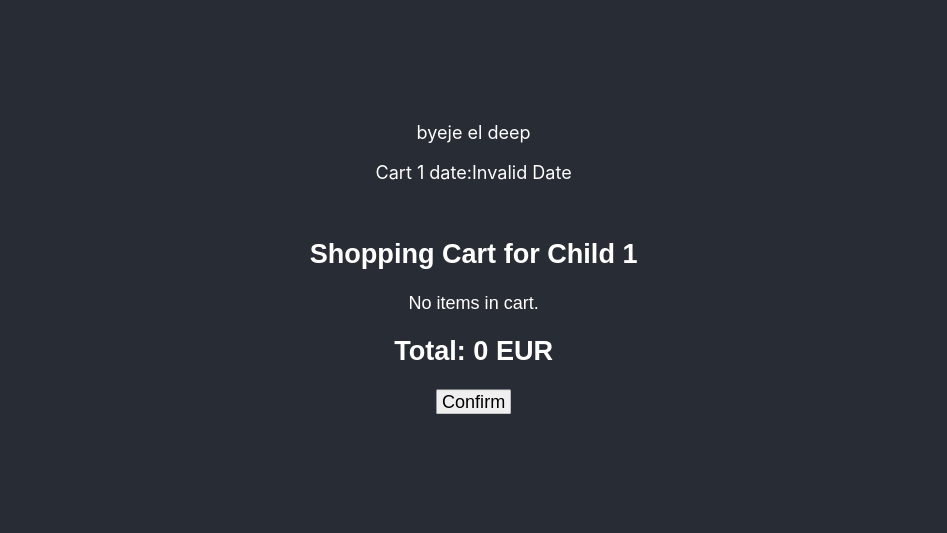
Repository: Zeriabo/DroppeXmas
Page: /
The author's editor kept a copy of each file at every save. The page is drawn from the files as they stood at one save, then again after the next save.
The browser window is 1280 px wide. The pictures show the whole page, at 74% of full size.
The page's requests for data from a server got no answer. The project was rebuilt for these pictures with package versions that can differ from the ones it lists, and the page was loaded fresh each time. No one was signed in, and anything a server would have sent is missing. Also part of the build but not shown: vite.config.js, src/components/atoms/cartItem.ts, src/components/molecules/CartItem.tsx.

Above is the page before, as saved 2022-02-09 20:55:48.

### index.html
<!DOCTYPE html>
<html lang="en">
  <head>
    <meta charset="UTF-8" />
    <link rel="icon" type="image/svg+xml" href="/src/favicon.svg" />
    <meta name="viewport" content="width=device-width, initial-scale=1.0" />
    <title>Droppe Xmass App</title>
  </head>
  <body>
    <div id="root"></div>
    <script type="module" src="/src/main.jsx"></script>
  </body>
</html>

### src/main.jsx
import React from 'react'
import ReactDOM from 'react-dom'
import './index.css'
import App from './App'
import {Provider} from 'react-redux';
import {store} from './app/store';

import { fetchProducts,fetchCards } from './features/actions';

store.dispatch(fetchCards())
store.dispatch(fetchProducts())
ReactDOM.render(
  <>
    <Provider store={store}>
    <App />
    </Provider>
  </>,
  document.getElementById('root')
)

### src/App.tsx
import { useEffect, useState } from 'react'
import './App.css'
import {useAppDispatch,useAppSelector} from './app/hooks';
import {useGetProductsQuery} from './features/ProductsApi/productsApiSlice';
import { addProductToCardOne,replaceProducts, card1Success, removeProductFromCardOne } from './features/Cards/cardOneSlice';
import {addProductToCardTwo} from './features/Cards/cardTwoSlice';
import {addProductToCardThree} from './features/Cards/cardThreeSlice';
import {addProductToCardFour} from './features/Cards/cardFourSlice';
import cardFiveSlice, {addProductToCardFive} from './features/Cards/cardFiveSlice';
import {product} from './features/ProductsApi/productsApiSlice'
import Cart1 from './components/molecules/Cart1';
import Cart2 from './components/molecules/Cart2';
import Cart3 from './components/molecules/Cart3';
import Cart4 from './components/molecules/Cart4';
import Cart from './components/molecules/Cart';
import { useGetCartsQuery } from './features/CardsApi/cardsApiSlice';
import { useSelector } from 'react-redux';
import axios from 'axios'
import { fetchCards } from './features/actions';
import { fetchProducts } from './features/actions';
import cardOneSlice from './features/Cards/cardOneSlice';

export interface Cart {
  id: number;
  date: string;
  products: CartItemDetail[];
  total:number;
};

export type CartItemDetail= {
  id: number;
  category: string;
  description: string;
  image: string;
  price: number;
  title: string;
  amount: number;
  approved:boolean;
  card:string;
  rating:[any,any];
  cart:number

};

function App() {

  const dispatch=useAppDispatch();
  const card1 = useAppSelector(state=>state.reducer.card1)
  const card2 = useAppSelector(state=>state.reducer.card2)
  const card3 = useAppSelector(state=>state.reducer.card3)
  const card4 = useAppSelector(state=>state.reducer.card4)
  const card5 = useAppSelector(state=>state.reducer.card5)
const cards = useAppSelector(state=>state)
console.log(cards.reducer)



  return (

    <div className="App">
      <header className="App-header">


        <div>

          </div>
          <div>
         <p>byeje el deep</p>
         <p>Cart 1 date:{new Date(card1.date).toLocaleDateString()}</p>
          </div>
        <div> <Cart childId={0} date={new Date(card1.date).toLocaleDateString()} cartItems={card1.products} child={0}  /></div>
       <div>

       </div>

      </header>
    </div>
  )
}

export default App

### src/app/store.ts
import { combineReducers, configureStore } from "@reduxjs/toolkit";

import cardOneReducer from "../features/Cards/cardOneSlice";
import cardTwoSlice from "../features/Cards/cardTwoSlice";
import cardThreeSlice from "../features/Cards/cardThreeSlice";
import cardFourSlice from "../features/Cards/cardFourSlice";
import cardFiveSlice from "../features/Cards/cardFiveSlice";
import { productsApi } from "../features/ProductsApi/productsApiSlice";
import {cartsApi} from '../features/CardsApi/cardsApiSlice';
import productsSlice from "../features/Products/productsSlice";


const reducer = combineReducers({
  card1:cardOneReducer,
  card2:cardTwoSlice,
  card3:cardThreeSlice,
  card4:cardFourSlice,
  card5:cardFiveSlice,

  products:productsSlice


})
export const store = configureStore({

    reducer:{

      reducer
    },
    middleware:(getDefaultMiddleware)=>{
     return getDefaultMiddleware();

    }

});

export type  AppDispatch= typeof store.dispatch;
 export type RootState= ReturnType<typeof store.getState>;

### src/features/actions/index.ts
import axios from 'axios'
import { useAppDispatch } from '../../app/hooks'
import {card1Success,initiateState} from '../Cards/cardOneSlice'
import {card2Success} from '../Cards/cardTwoSlice'
import {card3Success} from '../Cards/cardThreeSlice'
import { card4Success } from '../Cards/cardFourSlice'
import { card5Success } from '../Cards/cardFiveSlice'
import { productsSuccess } from '../Products/productsSlice'
import { Cart, CartItemDetail } from '../../App'
const fetchCardsSuccess = (cards: any) => ({
    type: 'FETCH_CARDS',
    payload: { cards }
})

const fetchProductsSuccess = (products: any) => ({
    type: "FETCH_PRODUCTS",
    payload: { products }
})
function calculateTotal(cart:Cart)
{
  return cart.products.reduce((a, b) => a + b.price, 0);
}
function fillProducts(cart:Cart, products:CartItemDetail[] )
{

  var newCart :Cart={
      id: cart.id,
      date: cart.date,
      products: [],
      total: 0
  };
var total:number=0;


    cart.products.forEach(
    (element) => {
     const found = products.find(function(elem,index)
     {
       return elem.id==element.productId

     });


  if(found)
  {
    var  pToInsert={
      id: found.id,
      amount : 1,
      price:  found.price,
      title: found.title,
      category: found.category,
      image: found.image,
      rating: found.rating,
      cart: 1,
      description: found.description,
      approved: false,
      card: 'cardOne'
}

newCart.products.push(pToInsert);
  }

});
//dispatch(replaceProducts(newCart.products))

total =calculateTotal(newCart)
newCart.total=total;
 return newCart;

}
export const fetchCards =  () => {
    return async (dispatch: (arg0: { type: string; payload: { cards: any } }) => void) => {
        try {
            let cards = await axios.get('https://fakestoreapi.com/carts?limit=5')
            let products = await axios.get('https://fakestoreapi.com/products?limit=30')

            dispatch(fetchCardsSuccess(cards.data)) //store first five cards
            var card1= fillProducts(cards.data[0],products.data)

            var card2= fillProducts(cards.data[1],products.data)
            var card3= fillProducts(cards.data[2],products.data)
            var card4= fillProducts(cards.data[3],products.data)
            var card5= fillProducts(cards.data[4],products.data)

             dispatch(card1Success(card1) )


             dispatch(card2Success(card2))
             dispatch(card3Success(card3))
             dispatch(card4Success(card4))
             dispatch(card5Success(card5))

        }
        catch(e){
            console.log(e)
        }


    }
}

export const fetchProducts =  () => {
    return async (dispatch: (arg0: { type: string; payload: { products: any } }) => void) => {
        try {
            let products = await axios.get('https://fakestoreapi.com/products?limit=30')
            dispatch(fetchProductsSuccess(products.data))
            dispatch(productsSuccess(products.data))
        }
        catch(e){
            console.log(e)
        }
    }
}

### src/app/hooks.ts
import {TypedUseSelectorHook,useDispatch,useSelector} from 'react-redux'
import { RootState,AppDispatch } from './store'

export const useAppDispatch=()=>useDispatch<AppDispatch>();

export const useAppSelector: TypedUseSelectorHook<RootState>=useSelector;

### src/components/molecules/Cart.tsx
import React, { useEffect } from "react";
import { Wrapper } from "../atoms/cart";
import { ButtonWrapper } from "../atoms/button";
import CartItem from "./CartItem";
import { CartItemDetail } from "../../App";
import useForceUpdate from 'use-force-update';


type Props = {
  childId: number,
  date:string,
  cartItems: CartItemDetail[];
  increaseAmount:(clicked: CartItemDetail) => void;
  addToCart: (clicked: CartItemDetail) => void;
  decreaseAmount: (id: CartItemDetail) => void;
  child:number;
};


const Cart: React.FC<Props> = ({ cartItems,child }) => {

function confirm(obj:any)
{
  console.log(obj)

}


const handleApprove= (clicked:CartItemDetail)=>{

};
const handleDecline= (clicked:CartItemDetail)=>{

};
const addToCart= (clicked:CartItemDetail)=>{

};
const decreaseAmount=(clicked:CartItemDetail)=>{

}
function calculateTotal(items:any)
{

    var price: any=0;
 items.forEach((element: CartItemDetail) => {

     price=price+(element.price*element.amount);

 });

    return price;
}

  return  (
    <Wrapper>
      <h2> Shopping Cart for Child {child+1} </h2>

      {cartItems.length === 0 ? <p>No items in cart.</p> : null}
      {cartItems.map((item) => (
        <CartItem  item={item} decline={handleDecline} approve={handleApprove} key={item.id}   addToCart={addToCart} removeFromCart={decreaseAmount} />
      ))}
      <h2>Total: {calculateTotal(cartItems)} EUR</h2>

      <button type="button"  onClick={() => confirm(cartItems)}>Confirm</button>
    </Wrapper>
  );
};

export default Cart;

### src/features/Cards/cardOneSlice.ts
import {createSlice, PayloadAction} from '@reduxjs/toolkit';
import { Cart, CartItemDetail } from '../../App';
import {product} from '../ProductsApi/productsApiSlice'

export interface CardOneState {
    value: {
        date: string,
        id: number,
        products: (CartItemDetail)[],
        userId: number
        __v: number
    }
  }
  let initialState = { value: {} } as CardOneState
  let cardOneSlice = createSlice({
    name: 'cardOne',
    initialState:{
        date: "",
        id: 1,
        products:[]as CartItemDetail[],
        userId: 0,
        total:0,
        __v: 0
    },
    reducers: {

      initiateState(state, action: PayloadAction<Cart>) {
     initialState.value={
       date: action.payload.date,
      id:  action.payload.id,
      products:  action.payload.products,
      userId:1,

      __v: state.__v,};

      },
      card1Success: (state, action) => {
        state.date = action.payload.date;
        state.id=action.payload.id;
        state.products=action.payload.products;
        state.total=action.payload.total;
        state.userId=action.payload.userId;

    },
    replaceProducts(state,action:PayloadAction<CartItemDetail[] >){


      state.products=action.payload;

    },
    Approve(state,action:PayloadAction<{}>){
      var id = action.payload.id;

    action.payload.approved=true;

    },
      addProductToCardOne(state, action: PayloadAction<CartItemDetail>) {

        state.products.push(action.payload)
      },

      removeProductFromCardOne(state) {
       for(var p in state.products)
       {
        state.products.pop()
       }
       console.log(state.products)
      },
      IncrementAmountOne(state, action: PayloadAction<number>) {
       console.log(action.payload)
        action.payload.amount++;

      },
      decreaseAmountOne(state,action: PayloadAction<{}>) {

        var id = action.payload.id;
       console.log()
        state.products.forEach((element, index) => {
          if(element.id === id) {
            element.amount--;

          }
      });


      },
      calcCard1Total(state,action:PayloadAction<{}>) {
        state.total+=action.payload.price;

      },
      calcTotalCard1Decrement(state,action:PayloadAction<{}>) {

        state.total-=action.payload.price;

  },

  Decline(state,action:PayloadAction<{}>){
    action.payload.approved=false;
  },
  calcTotal(state,action:PayloadAction<{}>) {


    state.total+=action.payload.price;

   },
   calcTotalDecrement(state,action:PayloadAction<{}>) {


    state.total-=action.payload.price;

   },
    },
  })

  export const { addProductToCardOne,replaceProducts,card1Success,calcTotal,calcTotalDecrement,Approve,Decline, initiateState,removeProductFromCardOne,IncrementAmountOne,calcCard1Total,decreaseAmountOne } = cardOneSlice.actions
  export default cardOneSlice.reducer

### src/features/Cards/cardTwoSlice.ts
import { createSlice, PayloadAction} from '@reduxjs/toolkit';
import { Cart, CartItemDetail } from '../../App';
import {product} from '../ProductsApi/productsApiSlice'


export interface CardTwoState {
    value: {
        date: string,
        id: number,
        products: (CartItemDetail)[],
        userId: number
        total:number,
        __v: number
    }
  }

  const initialState = { value: {} } as CardTwoState
  const cardTwoSlice = createSlice({
    name: 'cardTwo',
    initialState:{
        date: "",
        id: 1,
        products:[]as CartItemDetail[],
        userId: 0,
        total : 0,
        __v: 0
    },
    reducers: {
      initiateState2(state, action: PayloadAction<Cart>) {
        initialState.value={
          date: action.payload.date,
          id:  action.payload.id,
          products:  action.payload.products,
          userId:2,
          total:0,
          __v: state.__v,};

         },
         card2Success: (state, action) => {
           state.date = action.payload.date;
           state.id=action.payload.id;
           state.products=action.payload.products;
           state.total=action.payload.total;
           state.userId=action.payload.userId;

       },
      DeclineTwo(state,action:PayloadAction<{}>){
  var id = action.payload.id;

  state.products.forEach((element, index) => {
    if(element.id === id) {
      element.Approve=false;
    }

});

},
ApproveTwo(state,action:PayloadAction<{}>){
        var id = action.payload.id;

        state.products.forEach((element) => {
          if(element.id === id) {
            element.Approve=true;
          }

      });

      },
      addProductToCardTwo(state, action: PayloadAction<CartItemDetail>) {

        state.products.push(action.payload)
      },
      decreaseAmountTwo(state,action: PayloadAction<{}>) {

        var id = action.payload.id;

        state.products.forEach((element, index) => {
          if(element.id === id) {
            element.amount--;

          }
      });


      },
      IncrementAmountTwo(state, action: PayloadAction<{}>) {

    var id = action.payload.id;

    state.products.forEach((element, index) => {
      if(element.id === id) {
        element.amount++;
      }
  });


      },
      calcTotalCard2(state,action:PayloadAction<{}>) {


       state.total+=action.payload.price;

      },
      calcTotalCard2Decrement(state,action:PayloadAction<{}>) {

        state.total-=action.payload.price;

  },
    },
  })

  export const { addProductToCardTwo,card2Success,initiateState2, decreaseAmountTwo,IncrementAmountTwo,ApproveTwo,DeclineTwo ,calcTotalCard2,calcTotalCard2Decrement} = cardTwoSlice.actions
  export default cardTwoSlice.reducer

### src/features/Cards/cardThreeSlice.ts
import { createSlice, PayloadAction} from '@reduxjs/toolkit';
import { Cart, CartItemDetail } from '../../App';
import {product} from '../ProductsApi/productsApiSlice'


export interface CartThreeState {
    value: {
        date: string,
        id: number,
        products: (CartItemDetail)[],
        userId: number
        total:number,
        __v: number
    }
  }

  const initialState = { value: {} } as CartThreeState
  const cardThreeSlice = createSlice({
    name: 'cardThree',
    initialState:{
        date: "",
        id: 1,
        products:[],
        userId: 0,
        total : 0,
        __v: 0
    },
    reducers: {
      initiateState(state, action: PayloadAction<Cart>) {
        initialState.value={
          date: action.payload.date,
         id:  action.payload.id,
         products:  action.payload.products,
         userId:1,
         total:0,
         __v: state.__v,};

         },
         card3Success: (state, action) => {
           state.date = action.payload.date;
           state.id=action.payload.id;
           state.products=action.payload.products;
           state.total=action.payload.total;
           state.userId=action.payload.userId;

       },
      DeclineThree(state,action:PayloadAction<{}>){
  var id = action.payload.id;

  state.products.forEach((element, index) => {
    if(element.id === id) {
      element.Approve=false;
    }

});

},
ApproveThree(state,action:PayloadAction<{}>){
        var id = action.payload.id;

        state.products.forEach((element) => {
          if(element.id === id) {
            element.Approve=true;
          }

      });

      },
      addProductToCardThree(state, action: PayloadAction<CartItemDetail>) {

        state.products.push(action.payload)
      },
      decreaseAmountThree(state,action: PayloadAction<{}>) {

        var id = action.payload.id;

        state.products.forEach((element, index) => {
          if(element.id === id) {
            element.amount--;

          }
      });


      },
      IncrementAmountThree(state, action: PayloadAction<{}>) {

    var id = action.payload.id;

    state.products.forEach((element, index) => {
      if(element.id === id) {
        element.amount++;
      }
  });


      },
      decrementAmountThree(state, action: PayloadAction<{}>) {

        var id = action.payload.id;

        state.products.forEach((element, index) => {
          if(element.id === id) {
            element.amount--;
          }
      });


          },
      calcTotalCard3(state,action:PayloadAction<{}>) {


       state.total+=action.payload.price;

      },

      calcTotalCard3Decrement(state,action:PayloadAction<{}>) {

        state.total-=action.payload.price;

  },
    },
  })

  export const { addProductToCardThree,card3Success,decrementAmountThree,IncrementAmountThree,ApproveThree,DeclineThree ,calcTotalCard3Decrement,calcTotalCard3} = cardThreeSlice.actions
  export default cardThreeSlice.reducer

### src/features/Cards/cardFourSlice.ts
import {createSlice, PayloadAction} from '@reduxjs/toolkit';
import { Cart, CartItemDetail } from '../../App';
import {product} from '../ProductsApi/productsApiSlice'

export interface CardFourState {
    value: {
        date: string,
        id: number,
        products: (CartItemDetail)[],
        userId: number,
        total:number,
        __v: number
    }
  }
  const initialState = { value: {} } as CardFourState
  const cardFourSlice = createSlice({
    name: 'cardFour',
    initialState:{
        date: "",
        id: 2,
        products:[],
        userId: 0,
        total:0,
        __v: 0
    },
    reducers: {
      initiateState(state, action: PayloadAction<Cart>) {
        initialState.value={
          date: action.payload.date,
         id:  action.payload.id,
         products:  action.payload.products,
         userId:1,
         total:0,
         __v: state.__v,};

         },
         card4Success: (state, action) => {
           state.date = action.payload.date;
           state.id=action.payload.id;
           state.products=action.payload.products;
           state.total=action.payload.total;
           state.userId=action.payload.userId;

       },
      addProductToCardFour(state, action: PayloadAction<CartItemDetail>) {

        state.products.push(action.payload)
      },
      removeProductFromCardFour(state) {
        state.products.pop()
      },
      IncrementAmountFour(state, action: PayloadAction<number>) {

        state.products.forEach((element, index) => {
        {
            if(element.id==action.payload)
            {
                element.amount++;
            }
        }
      })
      },
      decreaseAmountFour(state,action: PayloadAction<{}>) {

        var id = action.payload.id;

        state.products.forEach((element, index) => {
          if(element.id === id) {
            element.amount--;

          }
      });


      },
      calcCard4Total(state,action:PayloadAction<{}>) {
        state.total+=action.payload.price;

      },
      calcTotalCard4Decrement(state,action:PayloadAction<{}>) {

        state.total-=action.payload.price;

  },


    },
  })

  export const { addProductToCardFour,card4Success, removeProductFromCardFour,IncrementAmountFour,calcCard4Total,calcTotalCard4Decrement,decreaseAmountFour } = cardFourSlice.actions
  export default cardFourSlice.reducer

### src/features/Cards/cardFiveSlice.ts
import {createSlice, PayloadAction} from '@reduxjs/toolkit';
import { Cart, CartItemDetail } from '../../App';
import {product} from '../ProductsApi/productsApiSlice'


export interface CardFiveState {
    value: {
        date: string,
        id: number,
        products: (CartItemDetail)[],
        userId: number,
        total : number,
        __v: number
    }
  }
  const initialState = { value: {} } as CardFiveState
  const cardFiveSlice = createSlice({
    name: 'cardFive',
    initialState:{
        date: "",
        id: 5,
        products:[],
        userId: 0,
        total:0,
        __v: 0
    },
    reducers: {
      initiateState(state, action: PayloadAction<Cart>) {
        initialState.value={
          date: action.payload.date,
         id:  action.payload.id,
         products:  action.payload.products,
         userId:1,
         total:0,
         __v: state.__v,};

         },
         card5Success: (state, action) => {
           state.date = action.payload.date;
           state.id=action.payload.id;
           state.products=action.payload.products;
           state.total=action.payload.total;
           state.userId=action.payload.userId;

       },
      addProductToCardFive(state, action: PayloadAction<CartItemDetail>) {

        state.products.push(action.payload)
      },
      removeProductFromCardFive(state) {
        state.products.pop()
      },
      IncrementAmountFive(state, action: PayloadAction<number>) {

        state.products.forEach((val)=>
        {
            if(val.id==action.payload)
            {
                val.rating[1]++;
            }
        })
      },
      decreaseAmountFive(state,action: PayloadAction<{}>) {

        var id = action.payload.id;

        state.products.forEach((element, index) => {
          if(element.id === id) {
            element.amount--;

          }
      });


      },
      calcCard5Total(state,action:PayloadAction<{}>) {
        state.total+=action.payload.price;

      },
      calcTotalCard5Decrement(state,action:PayloadAction<{}>) {

        state.total-=action.payload.price;

  },
    },
  })

  export const { addProductToCardFive,card5Success,decreaseAmountFive, removeProductFromCardFive,IncrementAmountFive,calcCard5Total,calcTotalCard5Decrement } = cardFiveSlice.actions
  export default cardFiveSlice.reducer

### src/features/Products/productsSlice.ts
import {createSlice, PayloadAction} from '@reduxjs/toolkit';
import {product} from '../ProductsApi/productsApiSlice'

export interface ProductState {
    value: {
        id: number,
        title:string,
        description:string,
        category:string,
        image:string,
        rating:[rate:number,count:number]
        price: number
    }
  }
  let initialState = { value: [] } as unknown as ProductState
  let productsSlice = createSlice({
    name: 'products',
    initialState:[{
        id: 0,
        title:"",
        description:"",
        category:"",
        image:"",
        rating:[0,0],
        price: 0
    }],
    reducers: {

      initiateState(state, action: PayloadAction<ProductState>) {
     initialState.value={
       id: action.payload.value.id,
      title:  action.payload.value.title,
      description:  action.payload.value.description,
      category:action.payload.value.category,
      image:action.payload.value.image,
      rating:action.payload.value.rating,
      price:action.payload.value.price,

};

      },
      productsSuccess: (state, action) => {

          var p: ProductState ={
              value: {
                id: action.payload[0].id,
                title: action.payload[0].title,
                price: action.payload[0].price,
                description: action.payload[0].description,
                category: action.payload[0].category,
                image: action.payload[0].image,
                rating: action.payload[0].rating,
              }
          }
       action.payload.forEach((product: ProductState)=>state.push(product));


    },







    },
  })

  export const {  initiateState,productsSuccess } = productsSlice.actions
  export default productsSlice.reducer

### src/components/atoms/cart.ts
import styled from 'styled-components'

export const Wrapper = styled.aside`
  font-family: Arial, Helvetica, sans-serif;
  width: 500px;
  padding: 20px;
`;

Loaded but not shown: src/index.css (common file); src/App.css (common file)

After the next save:
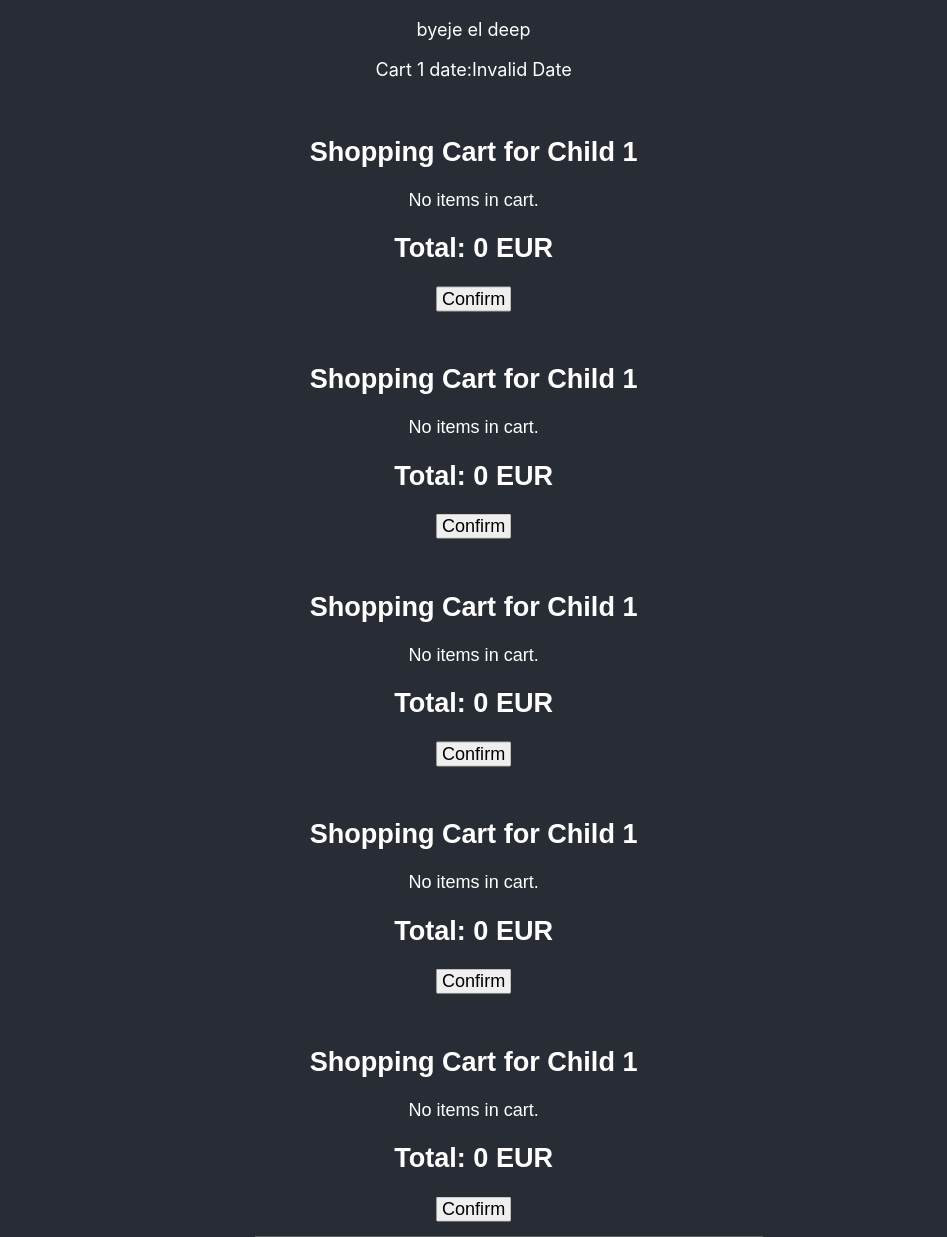
Saved 95 s later.
--- a/src/App.tsx
+++ b/src/App.tsx
@@ -69,6 +69,10 @@ console.log(cards.reducer)
          <p>Cart 1 date:{new Date(card1.date).toLocaleDateString()}</p>
           </div>
         <div> <Cart childId={0} date={new Date(card1.date).toLocaleDateString()} cartItems={card1.products} child={0}  /></div>
+        <div> <Cart childId={0} date={new Date(card2.date).toLocaleDateString()} cartItems={card2.products} child={0}  /></div>
+        <div> <Cart childId={0} date={new Date(card3.date).toLocaleDateString()} cartItems={card3.products} child={0}  /></div>
+        <div> <Cart childId={0} date={new Date(card4.date).toLocaleDateString()} cartItems={card4.products} child={0}  /></div>
+        <div> <Cart childId={0} date={new Date(card5.date).toLocaleDateString()} cartItems={card5.products} child={0}  /></div>
        <div>
 
        </div>
